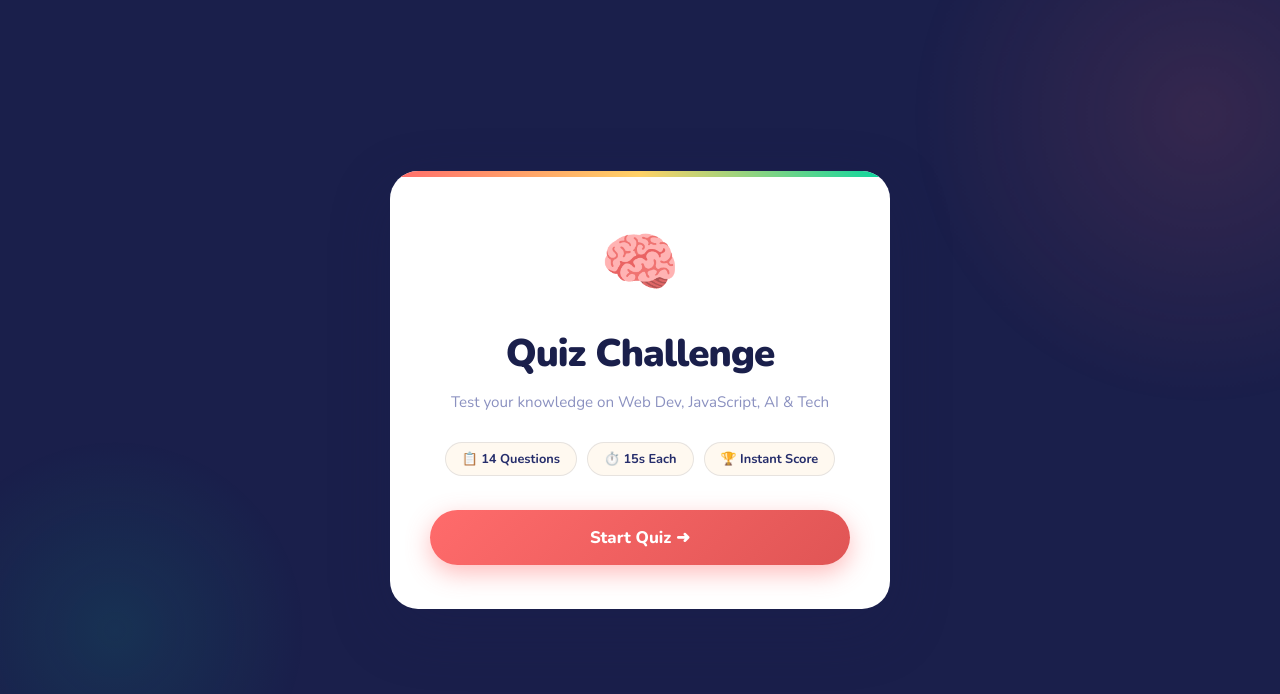
Repository: fatimaqueen9967-eng/SyntacexhubQuizApp
Page: index.html
An editor plug-in stored every save of this project. The page is shown before and after a run of saves, followed by the edit.
The browser window is 1280 px wide. The pictures show the whole page.

Above is the page before, as saved 2026-03-15 16:50:19.

After the next 2 saves:
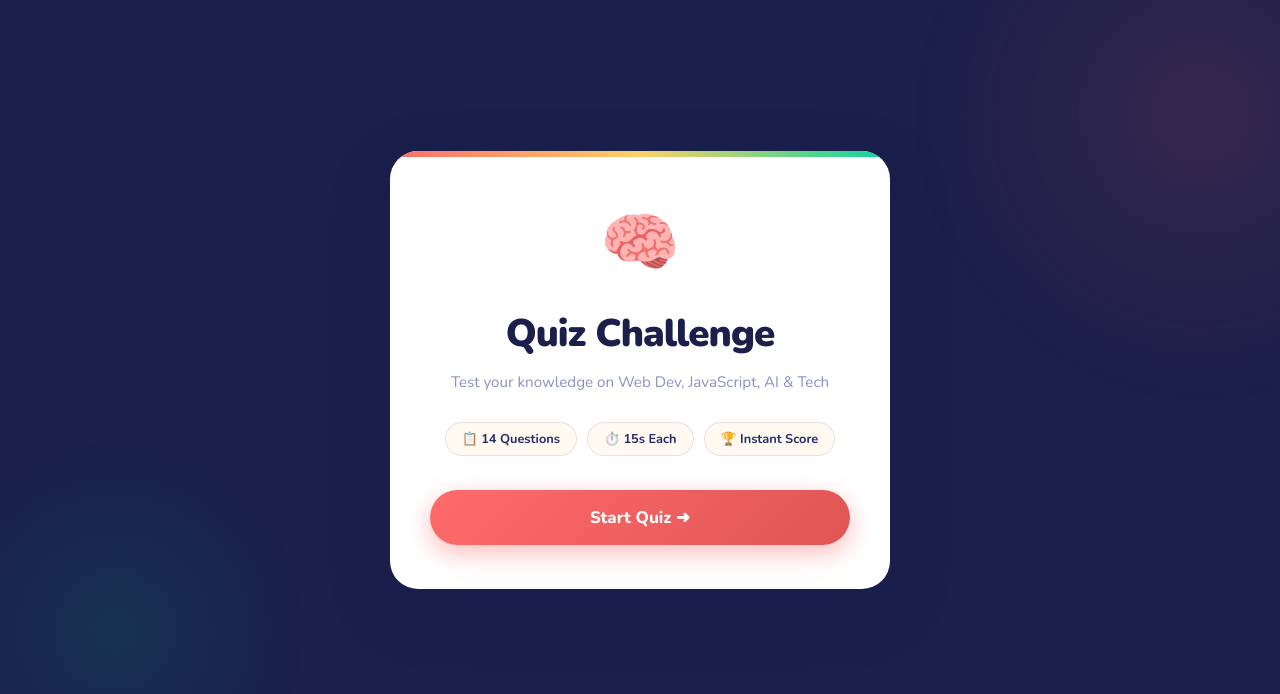
The 2 saves are shown as one change because they came seconds apart.
The last was saved 15 s later.
--- a/style.css
+++ b/style.css
@@ -74,6 +74,7 @@ body::after {
     align-items: center;
     justify-content: center;
     padding-top: 60px;
+    padding-bottom: 40px;
     opacity: 0;
     pointer-events: none;
     transition: opacity 0.45s ease;
